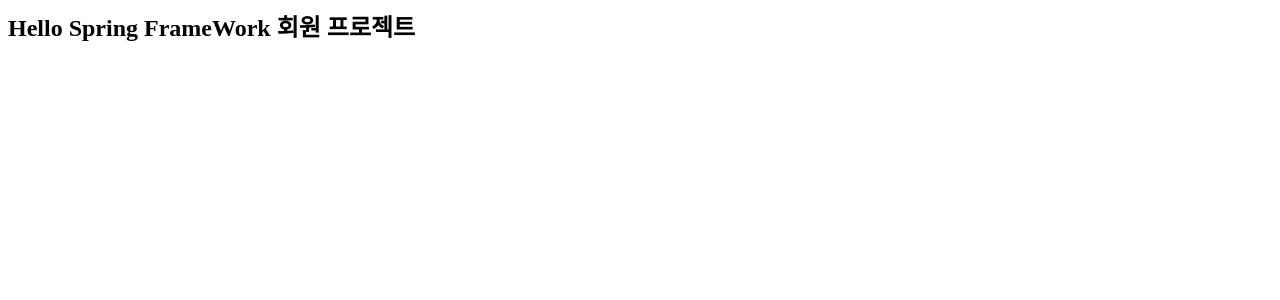
Repository: Duzzy93/Spring_sts_data
Page: http://localhost/ex01/
These files come from the project's save history. The page is drawn as it stood at one moment and after the next save; the edit follows.
The browser window is 1280 px wide. The pictures show the whole page.
The page is served by Tomcat 9. Other server files are loaded and not shown.

Above is the page before, as saved 2025-06-04 05:53:56.

### ex01/src/main/webapp/WEB-INF/views/index.jsp
<%@ page language="java" contentType="text/html; charset=UTF-8"
    pageEncoding="UTF-8"%>
<%@ taglib uri="http://java.sun.com/jsp/jstl/core" prefix="c" %>
<%@ page session="false" %>
<html>
<head>
	<title>index</title>
</head>
<body>
	<h2>Hello Spring FrameWork 회원 프로젝트</h2>
</body>
</html>

After the next save:
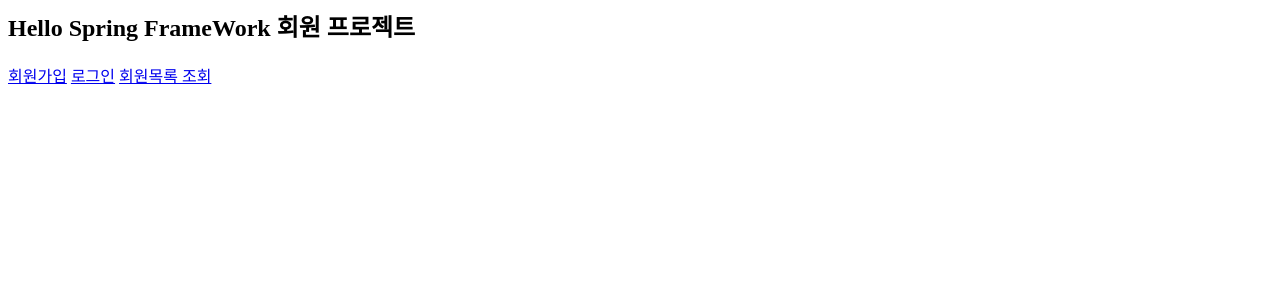
Saved 2 min 10 s later.
--- a/ex01/src/main/webapp/WEB-INF/views/index.jsp
+++ b/ex01/src/main/webapp/WEB-INF/views/index.jsp
@@ -8,5 +8,8 @@
 </head>
 <body>
 	<h2>Hello Spring FrameWork 회원 프로젝트</h2>
+	<a href="/member/save">회원가입</a>
+	<a href="/member/login">로그인</a>
+	<a href="/member">회원목록 조회</a>
 </body>
 </html>
